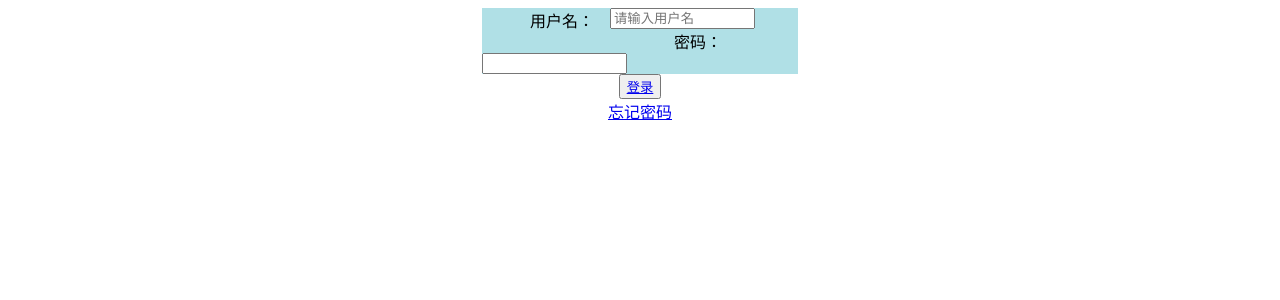
Repository: never-404/Intelligent-recommendation-system
Page: http://localhost/Intelligent-recommendation-system/log.jsp
The author's editor kept a copy of each file at every save. The page is drawn from the files as they stood at one save, then again after the next save.
The browser window is 1280 px wide. The pictures show the whole page.
The page is served by Tomcat 9. Nobody is signed in. The application's start-up code is not run.

Above is the page before, as saved 2019-04-14 14:47:47.

After the next save:
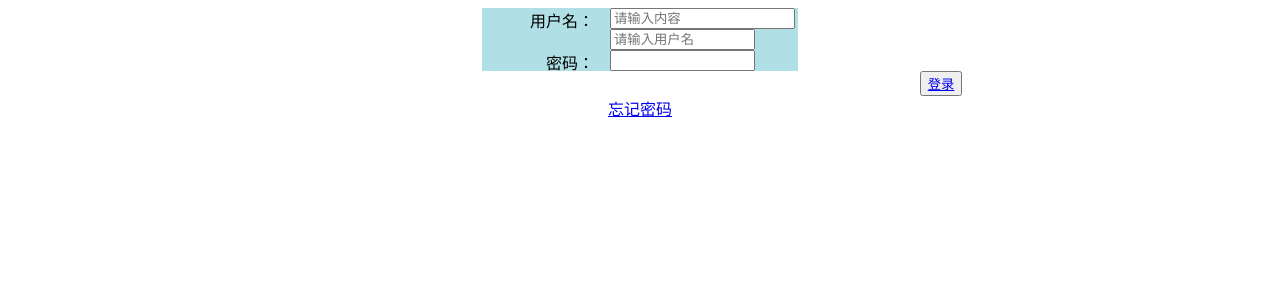
Saved 61 s later.
--- a/Intelligent-recommendation-system/WebRoot/log.jsp
+++ b/Intelligent-recommendation-system/WebRoot/log.jsp
@@ -32,6 +32,7 @@
 
 	<body>
     <div class="table">
+   		<input type="text" name="use" placeholder="请输入内容" />
     	<lable>用户名：</lable><input type="text" name="number" placeholder="请输入用户名" size="15" maxlength="10"/>
         <!--学号为10位-->
         <br>
